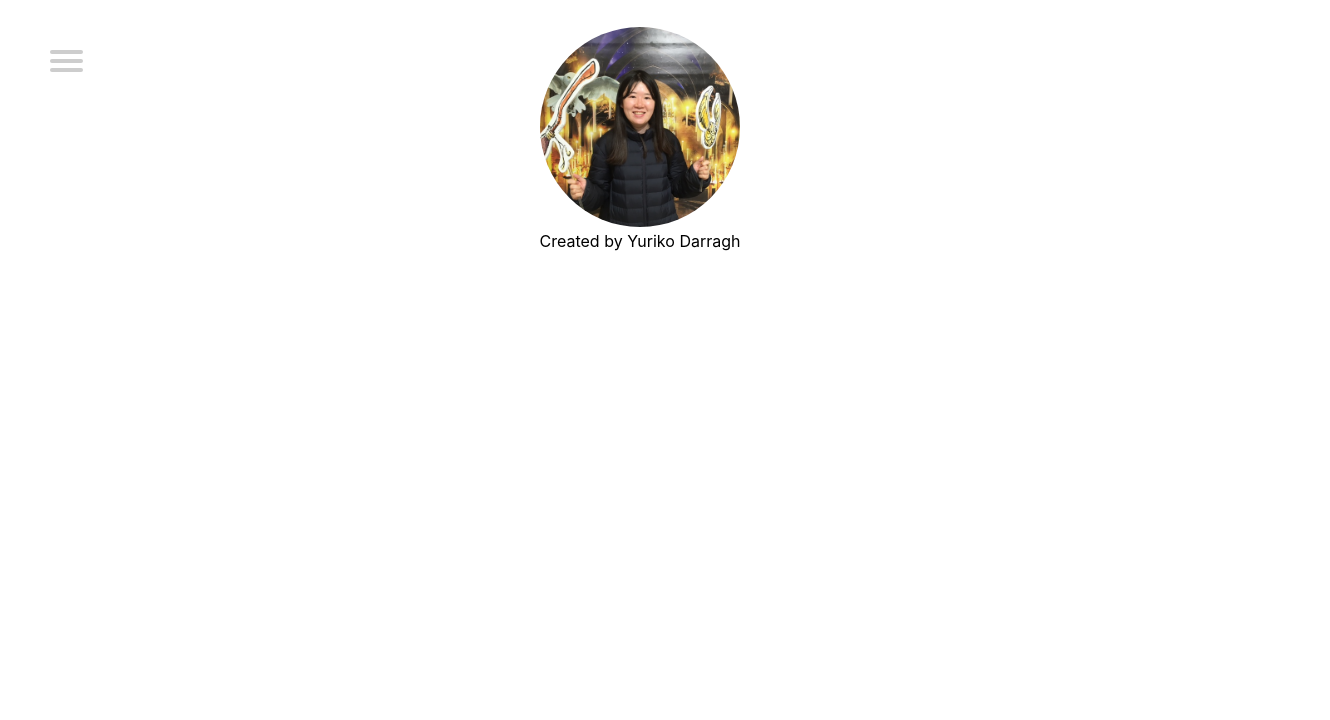
Repository: yuriko-pixel/react-portfolio
Page: /about
These files come from the project's save history. The page is drawn as it stood at one moment and after the next save; the edit follows.
The browser window is 1280 px wide. The page is 1330 px wide, so the pictures cover 1330 px, including what lies to the right of the window. The pictures show the whole page.
The project was rebuilt for these pictures with package versions that can differ from the ones it lists, and the page was loaded fresh each time. Also part of the build but not shown: src/components/worktemp.js, src/styles/top.module.scss, src/components/links.js, src/components/top.js, src/styles/works.module.scss, src/components/works.js, src/components/home.js.

Above is the page before, as saved 2021-05-19 12:29:04.

### src/App.js
import logo from './logo.svg';
import './App.css';
import { BrowserRouter, Route, Link } from 'react-router-dom';
import WorkTemp from './components/worktemp'
import about from './components/about'
import home from './components/home'
import Nav from './components/nav'
import Footer from './components/footer'
import works from './components/works'

function App() {
  return (
    <div className="App">
      <BrowserRouter>
        <Nav />
        <Route exact path='/' component={home}></Route>
        <Route path='/about' component={about}></Route>
        <Route path='/works' component={works}></Route>
        <Route path='/work/:name'><WorkTemp /></Route>
        <Footer/>
      </BrowserRouter>
    </div>
  );
}

export default App;

### src/components/about.js

import Nav from './nav'
import profs from '../styles/about.module.scss'
import img from '../images/profile.JPG'

const About = () => {
    return (
        <div className={profs.container}>
            <img src={img} className={profs.profimg} />
        </div>
    )
}

export default About

### src/components/nav.js
import navs from '../styles/nav.module.scss'
import { Link } from 'react-router-dom';

const Nav = () => {
    return (
        <nav role="navigation">
        <div className={navs.menuToggle}>
          <input type="checkbox" />
          <span></span>
          <span></span>
          <span></span>
          <ul className={navs.menu}>
            <Link to="/"><li>Home</li></Link>
            <Link to="/about"><li>About</li></Link>
            <Link to="/works"><li>Works</li></Link>
            <Link to="/contact"><li>Contact</li></Link>
          </ul>
        </div>
      </nav>
    )
}

export default Nav

### src/components/footer.js
import foots from '../styles/footer.module.scss'

const Footer = ()=> {
    return (
        <footer>
            <span>Created by Yuriko Darragh</span>
        </footer>
    )
}

export default Footer;

### src/styles/about.module.scss
.profimg {
    width:200px;
	height:200px;
	object-fit:cover;
	border-radius:50%;
}

### src/styles/nav.module.scss
* {
  list-style: none;
}

.menuToggle
{
  display: block;
  position: relative;
  top: 50px;
  left: 50px;

  z-index: 1;

  -webkit-user-select: none;
  user-select: none;
}

.menuToggle a
{
  text-decoration: none;
  color: .232323;

  transition: color 0.3s ease;
}

.menuToggle a:hover
{
  color: tomato;
}


.menuToggle input
{
  display: block;
  width: 40px;
  height: 32px;
  position: absolute;
  top: -7px;
  left: -5px;

  cursor: pointer;

  opacity: 0; /* hide this */
  z-index: 2; /* and place it over the hamburger */

  -webkit-touch-callout: none;
}

/*
 * Just a quick hamburger
 */
.menuToggle span
{
  display: block;
  width: 33px;
  height: 4px;
  margin-bottom: 5px;
  position: relative;

  background: #cdcdcd;
  border-radius: 3px;

  z-index: 1;

  transform-origin: 4px 0px;

  transition: transform 0.5s cubic-bezier(0.77,0.2,0.05,1.0),
              background 0.5s cubic-bezier(0.77,0.2,0.05,1.0),
              opacity 0.55s ease;
}

.menuToggle span:first-child
{
  transform-origin: 0% 0%;
}

.menuToggle span:nth-last-child(2)
{
  transform-origin: 0% 100%;
}

/*
 * Transform all the slices of hamburger
 * into a crossmark.
 */
.menuToggle input:checked ~ span
{
  opacity: 1;
  transform: rotate(45deg) translate(-2px, -1px);
  background: #232323;
}

/*
 * But let's hide the middle one.
 */
.menuToggle input:checked ~ span:nth-last-child(3)
{
  opacity: 0;
  transform: rotate(0deg) scale(0.2, 0.2);
}

/*
 * Ohyeah and the last one should go the other direction
 */
.menuToggle input:checked ~ span:nth-last-child(2)
{
  transform: rotate(-45deg) translate(0, -1px);
}

/*
 * Make this absolute positioned
 * at the top left of the screen
 */
.menu
{
  position: absolute;
  width: 300px;
  margin: -100px 0 0 -50px;
  padding: 50px;
  padding-top: 125px;

  background: #ededed;
  list-style-type: none;
  -webkit-font-smoothing: antialiased;
  /* to stop flickering of text in safari */

  transform-origin: 0% 0%;
  transform: translate(-100%, 0);

  transition: transform 0.5s cubic-bezier(0.77,0.2,0.05,1.0);
}

.menu li
{
  padding: 10px 0;
  font-size: 22px;
}

/*
 * And let's slide it in from the left
 */
.menuToggle input:checked ~ ul
{
  transform: none;
}

### src/styles/footer.module.scss
footer {
    margin-top: auto;
}

### src/styles/links.module.scss


a, a:visited {
    text-decoration: none;
    color: black;
}

.linkcontainer {
    margin: 20px 0;
}
.linkcontainer1, .linkcontainer2, .linkcontainer3 {
    // width: 200px;
    padding: 10px 15px;
    background: #EEF1F2;
    border: 1px solid #D1D8DA;
}

.linkcontainer1 {
    border-radius: 50% 0 0 50%;
}

.linkcontainer3 {
    border-radius: 0 50% 50% 0;
}

.border {
    border-bottom: dashed;
}

Loaded but not shown: public/index.html (common file); src/index.js (common file); src/index.css (common file); src/reportWebVitals.js (common file); src/App.css (common file)

After the next save:
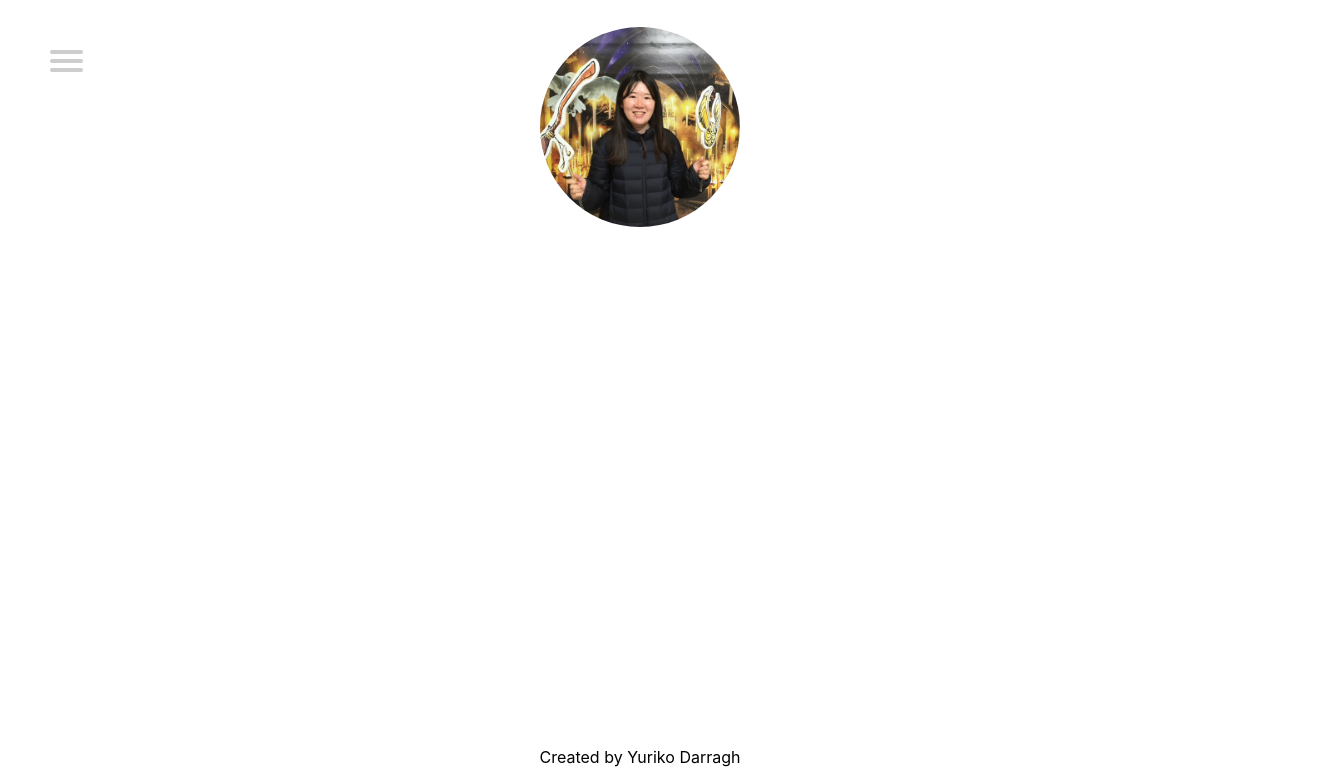
Saved 27 s later.
--- a/src/styles/about.module.scss
+++ b/src/styles/about.module.scss
@@ -1,3 +1,7 @@
+
+.container {
+   height: 100vh;
+}
 .profimg {
     width:200px;
 	height:200px;
